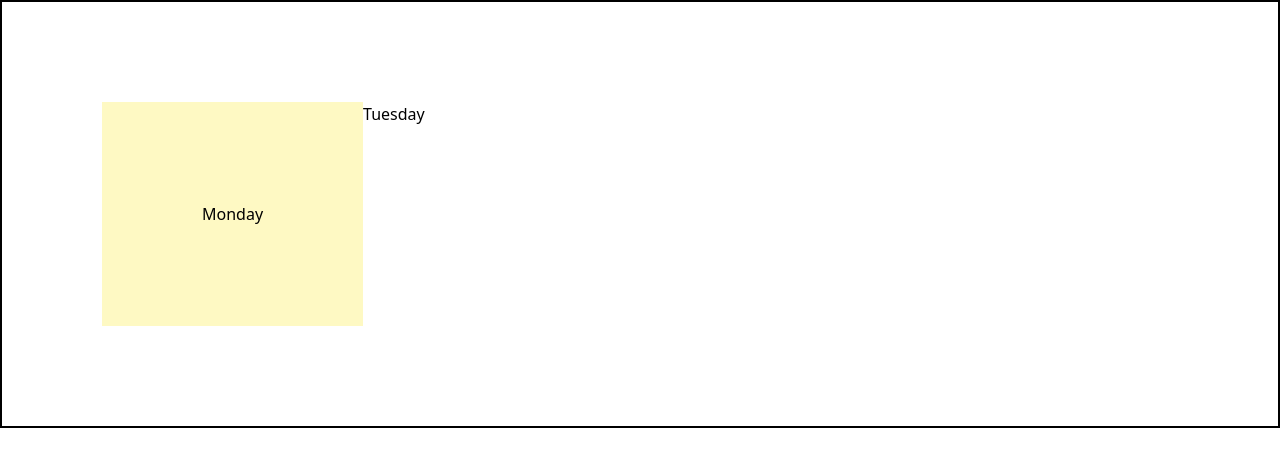
Repository: AfzalHaq61/tailwind-deep
Page: http://localhost/
An editor plug-in stored every save of this project. The page is shown before and after the next save, followed by the edit.
The browser window is 1280 px wide. The pictures show the whole page.
The page is served by the project's Laravel application, run on PHP 8.4 with Laravel 9. Other server files are loaded and not shown. Style sheets and scripts are compiled from the project's sources, by tool versions that may differ from the author's.

Above is the page before, as saved 2022-12-24 17:20:10.

### resources/views/welcome.blade.php
<!doctype html>
<html>

<head>
    <meta charset="utf-8">
    <meta name="viewport" content="width=device-width, initial-scale=1.0">
    @vite('resources/css/app.css')
</head>

<body>
    <div class="flex p-[100px] border-2 border-black">
        <div class="bg-yellow-100 p-[100px]">
            <h1>Monday</h1>
        </div>
        <div>
            <h1>Tuesday</h1>
        </div>
    </div>
</body>

</html>

Loaded but not shown: routes/web.php (common file); resources/css/app.css (common file); tailwind.config.js (common file)

After the next save:
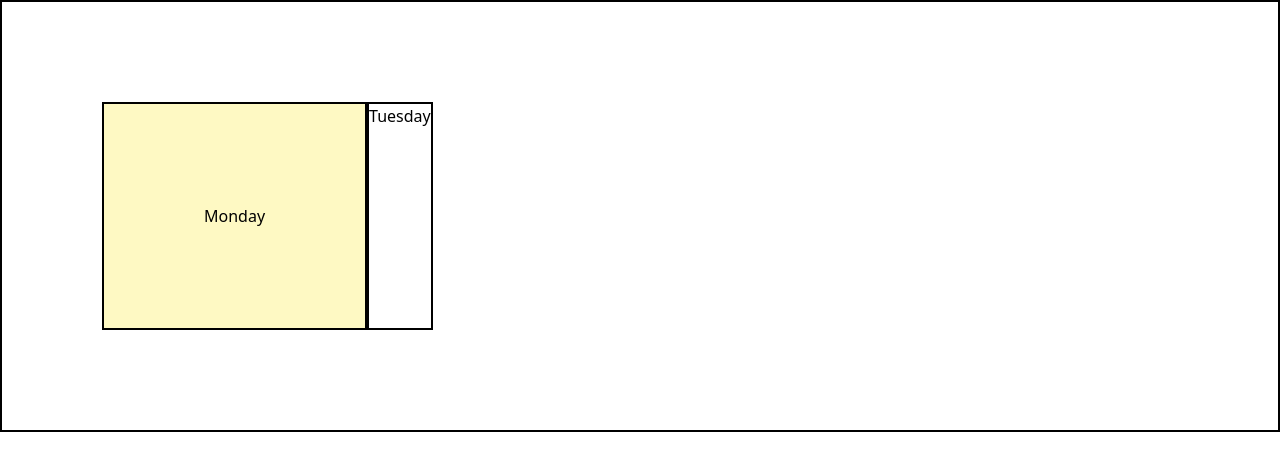
Saved 15 s later.
--- a/resources/views/welcome.blade.php
+++ b/resources/views/welcome.blade.php
@@ -9,10 +9,10 @@
 
 <body>
     <div class="flex p-[100px] border-2 border-black">
-        <div class="bg-yellow-100 p-[100px]">
+        <div class="bg-yellow-100 p-[100px] border-2 border-black">
             <h1>Monday</h1>
         </div>
-        <div>
+        <div class="border-2 border-black">
             <h1>Tuesday</h1>
         </div>
     </div>
